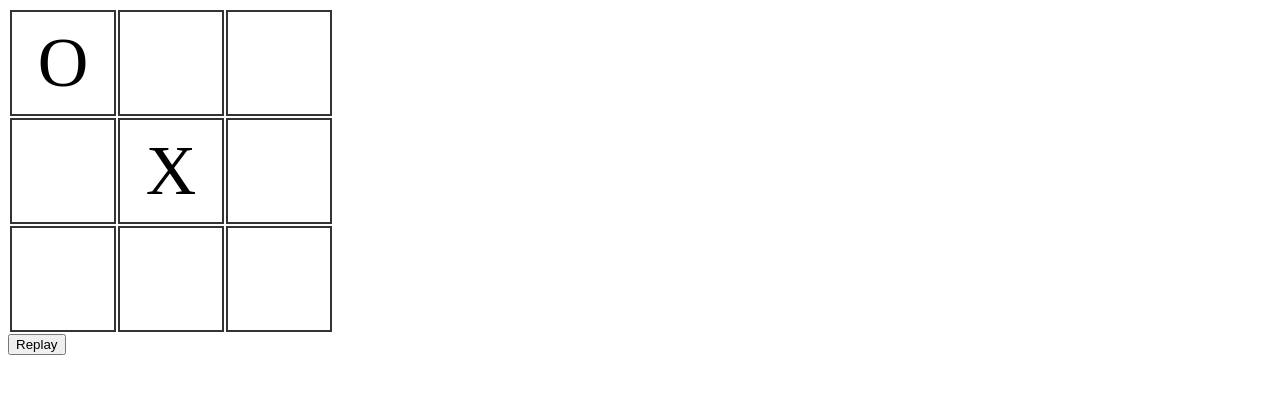
Repository: pifls/opd-projekty
Page: min-max/index.html
These files come from the project's save history. The page is drawn as it stood at one moment and after the next save; the edit follows.
The browser window is 1280 px wide. The pictures show the whole page.
After loading, the first visible `#\30` was clicked once.

Above is the page before, as saved 2019-01-14 23:52:58.

After the next save:
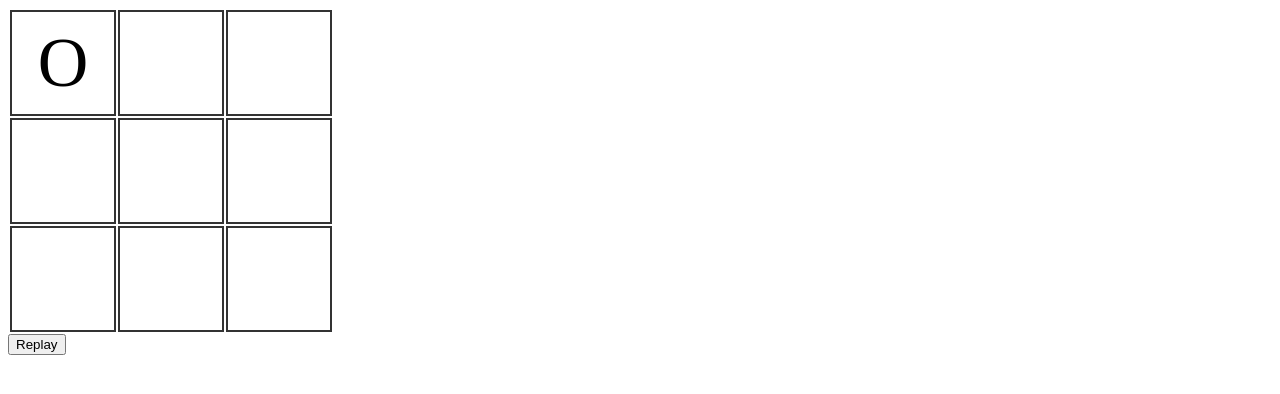
Console error: ReferenceError: turn is not defined
Saved 46 s later.
--- a/min-max/min-max.js
+++ b/min-max/min-max.js
@@ -25,12 +25,12 @@
 
 function turnClick(square) {
 	if (typeof origBoard[square.target.id] == 'number') {
-		turn(square.target.id, huPlayer)
+		move(square.target.id, huPlayer)
 		if (!checkWin(origBoard, huPlayer) && !checkTie()) turn(bestSpot(), aiPlayer);
 	}
 }
 
-function turn(squareId, player) {
+function move(squareId, player) {
 	origBoard[squareId] = player;
 	document.getElementById(squareId).innerText = player;
 	let gameWon = checkWin(origBoard, player)

After the save that followed:
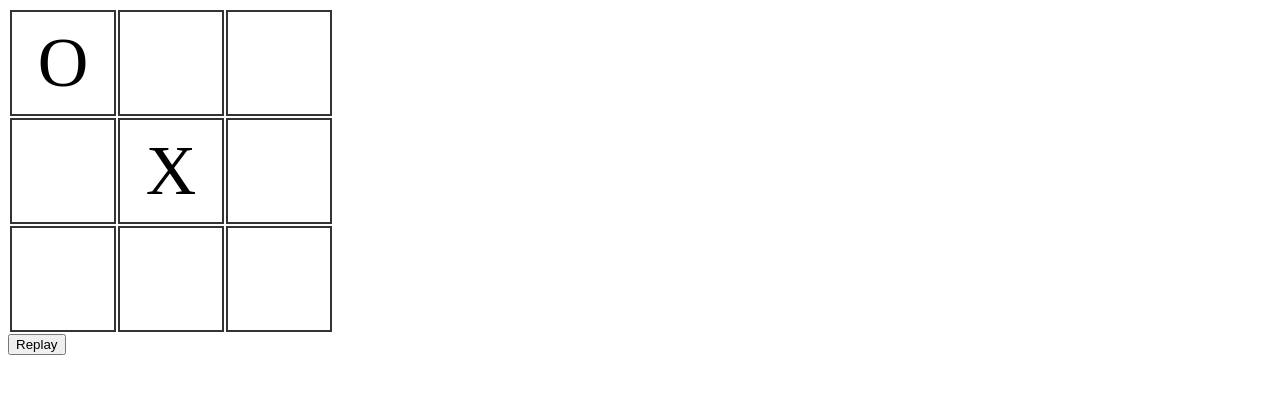
The error is gone.
Saved 16 s later.
--- a/min-max/min-max.js
+++ b/min-max/min-max.js
@@ -26,7 +26,7 @@
 function turnClick(square) {
 	if (typeof origBoard[square.target.id] == 'number') {
 		move(square.target.id, huPlayer)
-		if (!checkWin(origBoard, huPlayer) && !checkTie()) turn(bestSpot(), aiPlayer);
+		if (!checkWin(origBoard, huPlayer) && !checkTie()) move(bestSpot(), aiPlayer);
 	}
 }
 
